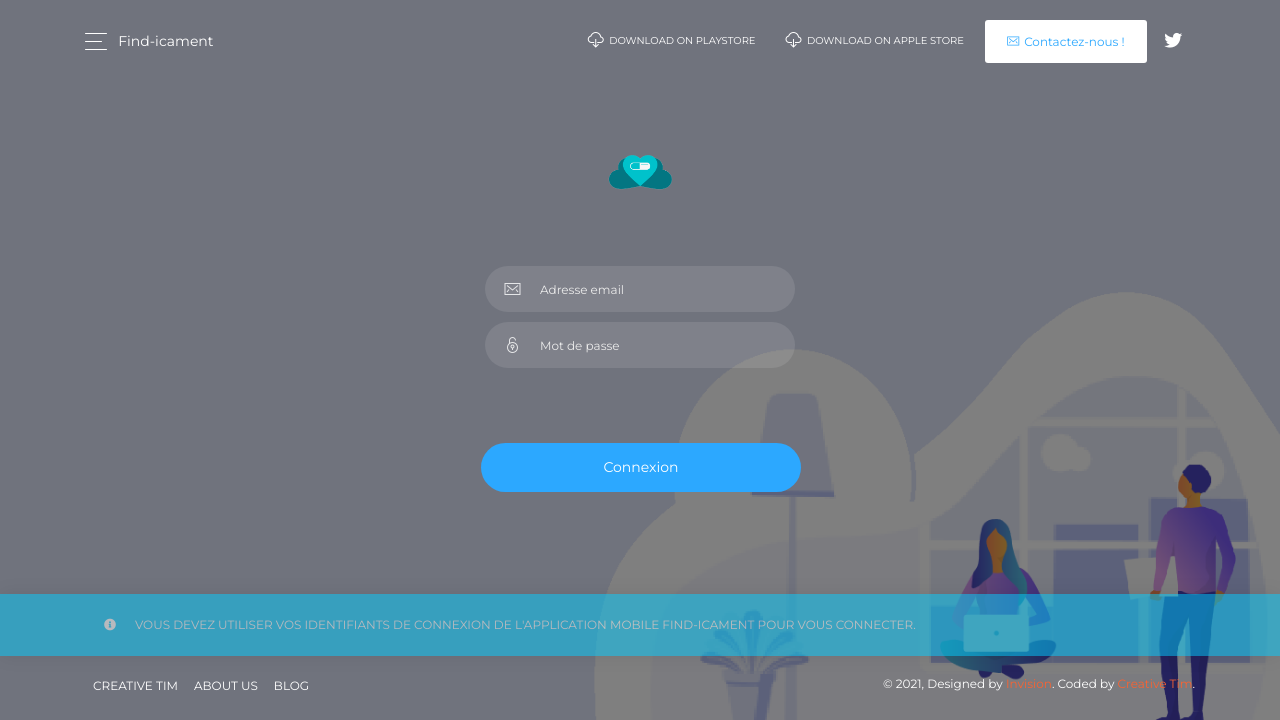
Repository: sdeschaepmeester/samanthawebsite
Page: /login-page
An editor plug-in stored every save of this project. The page is shown before and after the next save, followed by the edit.
The browser window is 1280 px wide. The pictures show the whole page.
The project was rebuilt for these pictures with package versions that can differ from the ones it lists, and the page was loaded fresh each time. Also part of the build but not shown: src/assets/demo/nucleo-icons-page-styles.css, src/components/Navbars/IndexNavbar.js, src/components/Headers/IndexHeader.js, src/components/Footers/DarkFooter.js, src/views/index-sections/Images.js, src/views/index-sections/Introduction.js, src/views/index-sections/BasicElements.js, src/views/index-sections/Navbars.js and 20 more.

Above is the page before, as saved 2021-05-31 21:26:41.

After the next save:
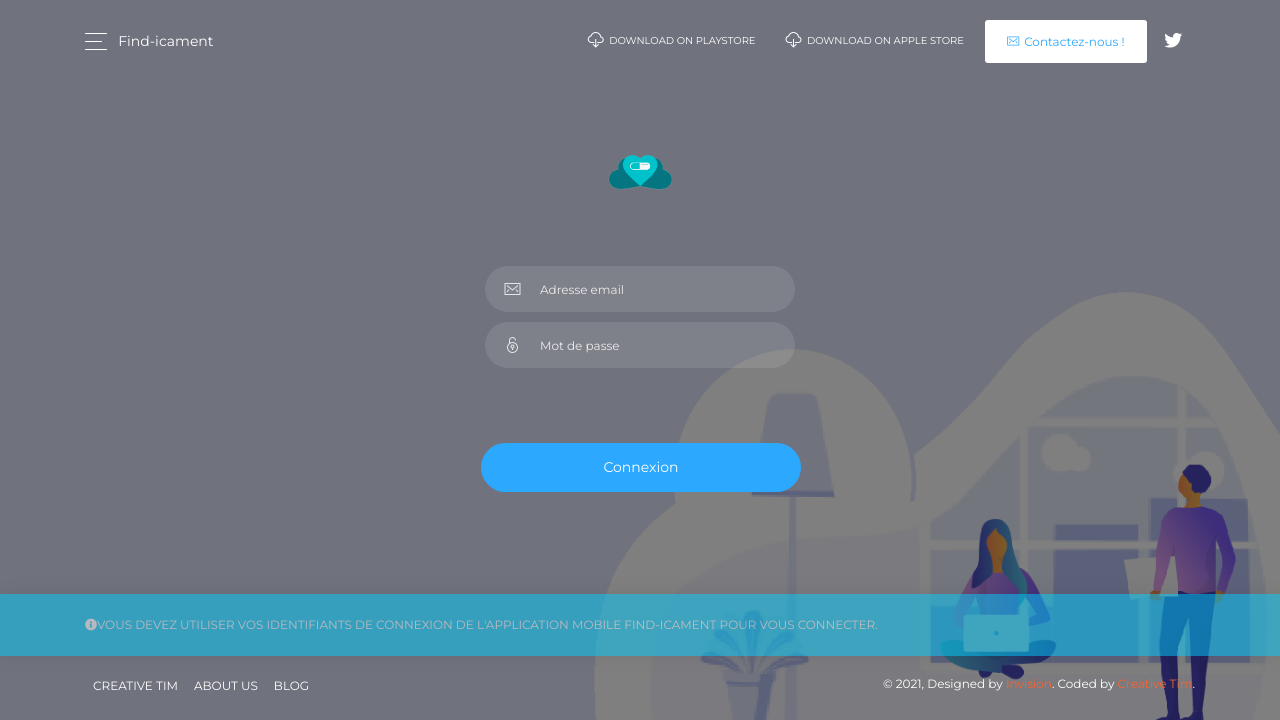
Saved 15 s later.
--- a/src/views/examples/LoginPage.js
+++ b/src/views/examples/LoginPage.js
@@ -134,7 +134,7 @@ function LoginPage() {
                     href="#pablo"
                     onClick={(e) => e.preventDefault()}
                   >
-                    <i style={{ width: 50}} class="fas fa-info-circle" />
+                    <i class="fas fa-info-circle" />
                     Vous devez utiliser vos identifiants de connexion de l'application mobile Find-icament pour vous connecter.
                   </NavbarBrand>
                   <button
@@ -188,8 +188,5 @@ function LoginPage() {
 }
 
 const styles={
-  iconInfo:{
-    width: 50
-  }
 }
 export default LoginPage;
